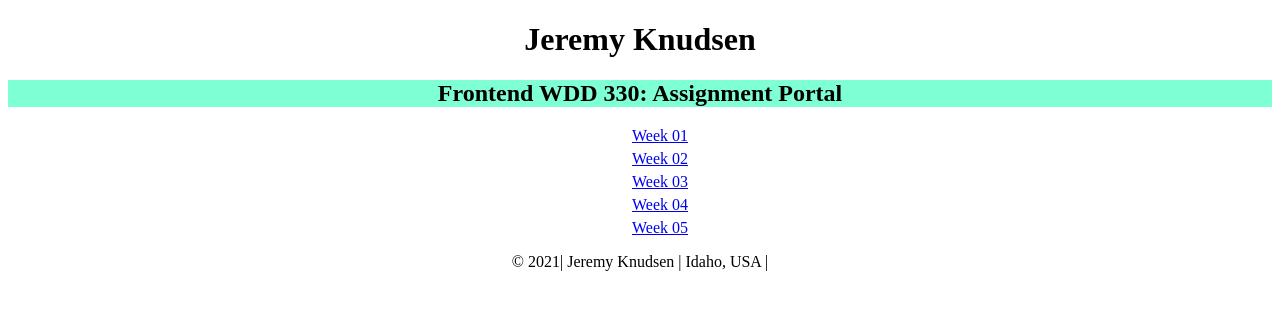
Repository: jknudsen97/WDD-330-Portfolio
Page: index.html
These files come from the project's save history. The page is drawn as it stood at one moment and after the next save; the edit follows.
The browser window is 1280 px wide. The pictures show the whole page.

Above is the page before, as saved 2021-10-20 19:21:23.

### index.html
<!DOCTYPE html>
<html lang="en-US">
  <head>
    <meta charset="UTF-8" />
    <meta http-equiv="X-UA-Compatible" content="IE=edge" />
    <meta name="viewport" content="width=device-width, initial-scale=1.0" />
    <meta name="author" content="Jeremy Knudsen" />
    <script src="js/main.js" defer></script>
    <script src="js/script.js" defer></script>
    <link rel="stylesheet" href="css/style.css">
    <link rel="preconnect" href="https://fonts.googleapis.com" />
    <link rel="apple-touch-icon" sizes="180x180" href="/apple-touch-icon.png" />
    <link rel="icon" type="image/png" sizes="32x32" href="/favicon-32x32.png" />
    <link rel="icon" type="image/png" sizes="16x16" href="/favicon-16x16.png" />
    <link rel="mask-icon" href="/safari-pinned-tab.svg" color="#5bbad5" />
    <meta name="msapplication-TileColor" content="#da532c" />
    <meta name="theme-color" content="#ffffff" />
    <link rel="shortcut icon" href="/favicon.ico" />

    <title>Jeremy Knudsen Web Frontend 2: WDD330</title>
  </head>
  <body>
    <main>
      <header>
        <h1 class="nametitle">Jeremy Knudsen</h1>
      </header>

      <h2 class="assignmentheader">Frontend WDD 330: Assignment Portal</h2>
      <div id="assignments"></div>
      <footer>
        &copy; <span id="currentyear"></span>| Jeremy Knudsen | Idaho, USA |
      </footer>
    </main>
  </body>
</html>

### js/main.js
const requestLinks = "json/main.json";

fetch(requestLinks)
.then(function (response) {
  return response.json();
})
.then(function (jsObject){
  const weeks = jsObject['assignments'];
  console.log(weeks);

  let block = document.createElement('div');
  let ulList = document.createElement('ul');

  weeks.forEach( week => {
    let li = document.createElement('li');
    let a = document.createElement('a');
    a.setAttribute('href', week.url);
    a.textContent = week.label;
    li.append(a);
    ulList.append(li);
  })
  block.append(ulList)
  document.querySelector('#assignments').append(block);
})

### js/script.js
const date = new Date();
const options = {
      weekday: "long",
      month: "long",
      day: "numeric",
      year: "numeric",
    };
document.querySelector("#currentyear").innerHTML
= date.getFullYear();

### css/style.css
main{
    text-align: center;
}

.assignmentheader{
    background-color: aquamarine;
}

ul{
    list-style-type: none;
}

li{
    border: 2px;
    margin: 5px;
}

### json/main.json
{
    "assignments": [

       {
          "label": "Week 01",
          "url": "week1/teamactivity.html"
       },

       {
        "label": "Week 02",
        "url": "week2/teamactivity.html"
       },

       {
         "label": "Week 03",
         "url": "week3/teamactivity.html"
      },

      {
         "label": "Week 04",
         "url": "week4/teamactivity.html"
      },

      {
         "label": "Week 05",
         "url": "week5/teamactivity.html"
      }

    ]
 }

After the next save:
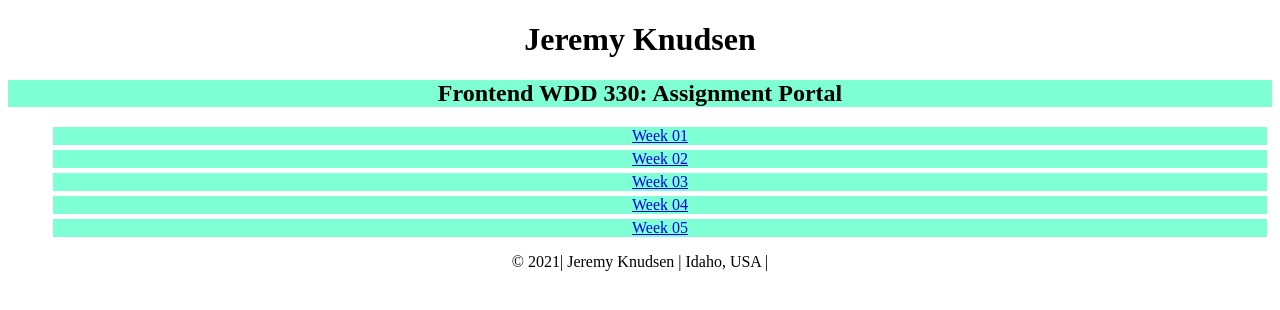
Saved 27 s later.
--- a/css/style.css
+++ b/css/style.css
@@ -13,4 +13,5 @@ ul{
 li{
     border: 2px;
     margin: 5px;
+    background-color: aquamarine;
 }
